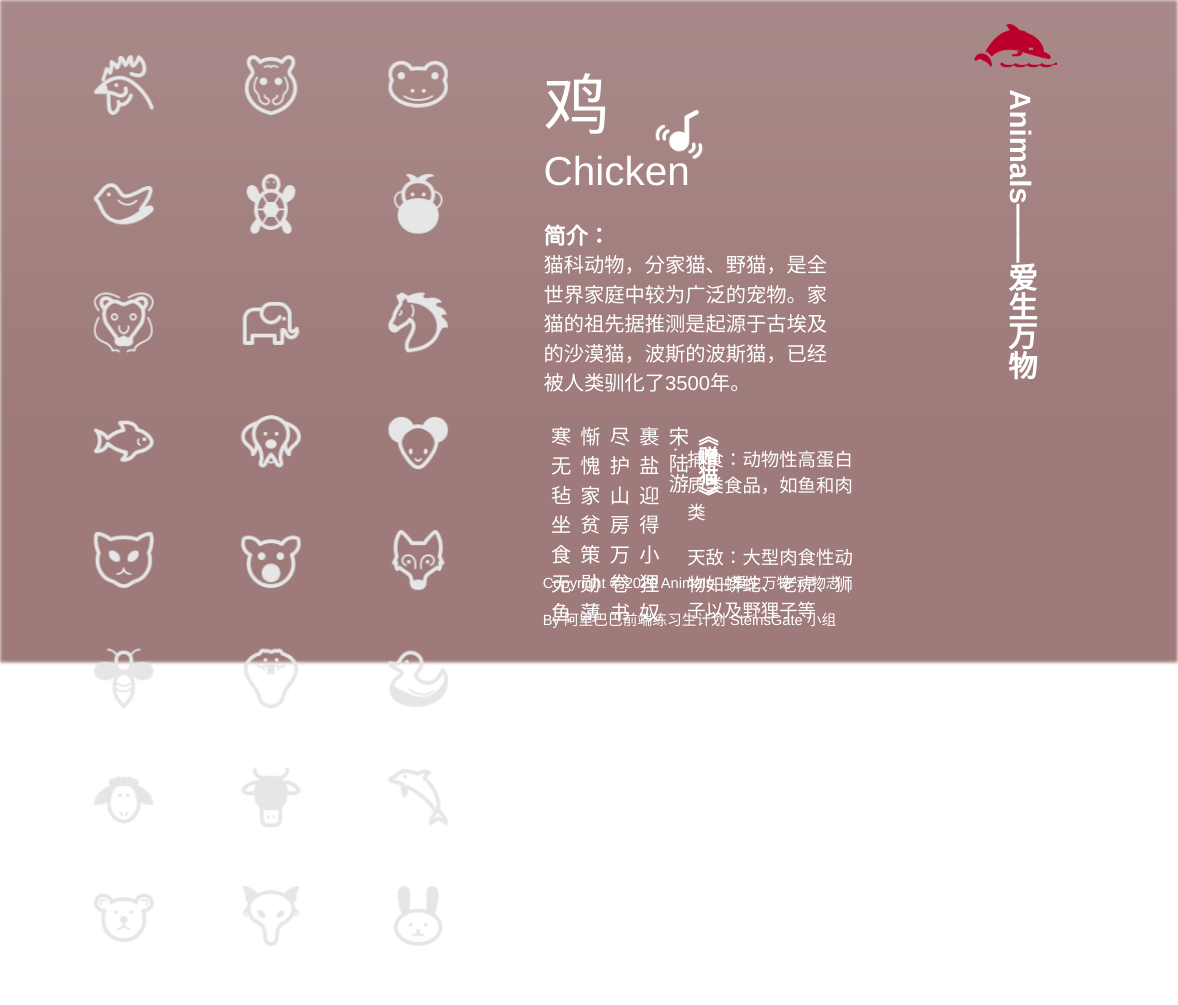
Repository: Whiskeyi/Animals
Page: /
An editor plug-in stored every save of this project. The page is shown before and after the next save, followed by the edit.
The browser window is 1280 px wide. The pictures show the whole page, at 92% of full size.
The project was rebuilt for these pictures with package versions that can differ from the ones it lists, and the page was loaded fresh each time.

Above is the page before, as saved 2021-11-17 17:26:39.

After the next save:
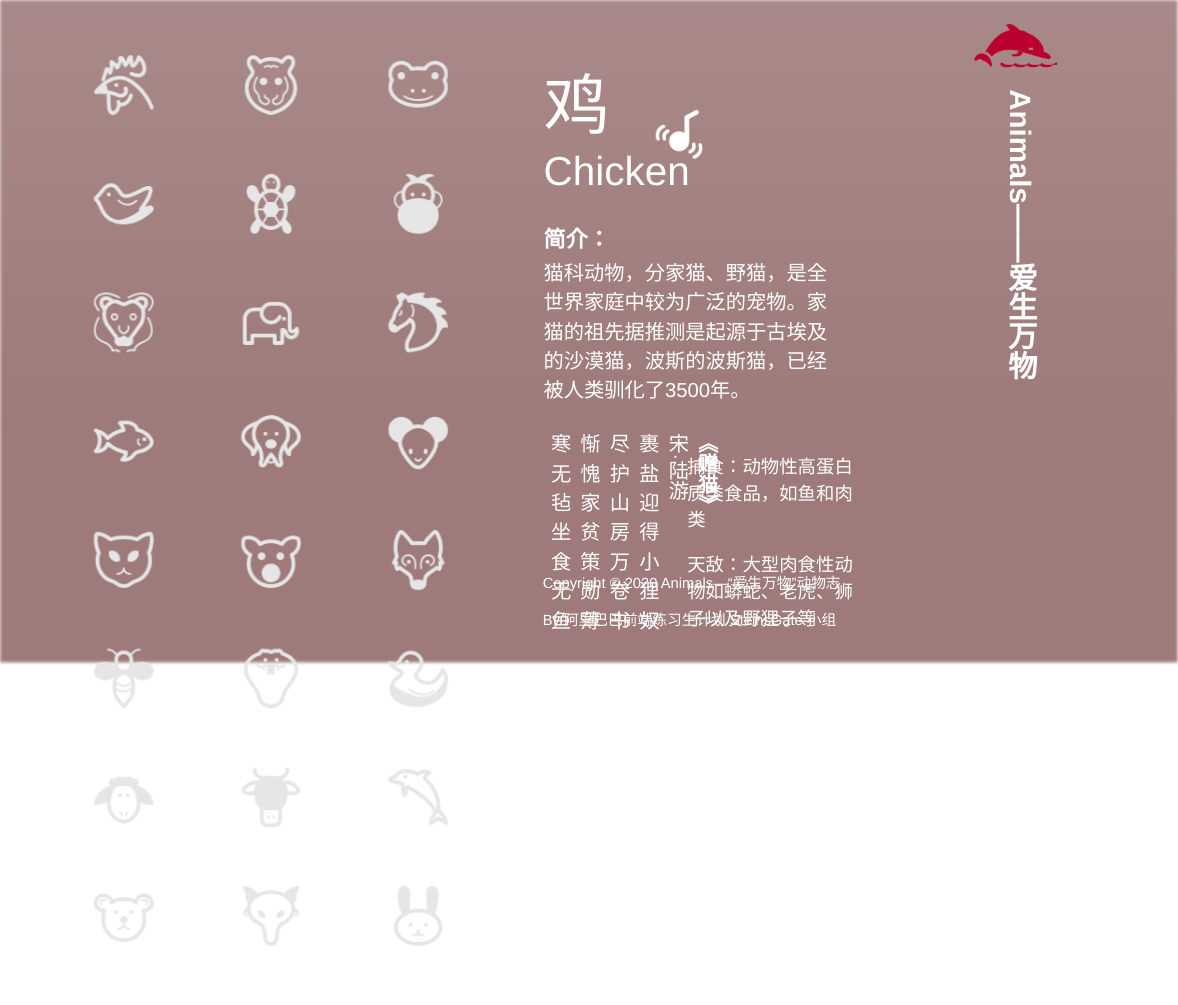
Saved 5 s later.
--- a/src/components/Info/introduce-mid/index.vue
+++ b/src/components/Info/introduce-mid/index.vue
@@ -27,7 +27,7 @@ export default {
 .IntTitle {
     font-size: 24px;
     font-weight: bold;
-    line-height: 32px;
+    line-height: 40px;
 }
 .IntContent {
     font-size: 22px;
